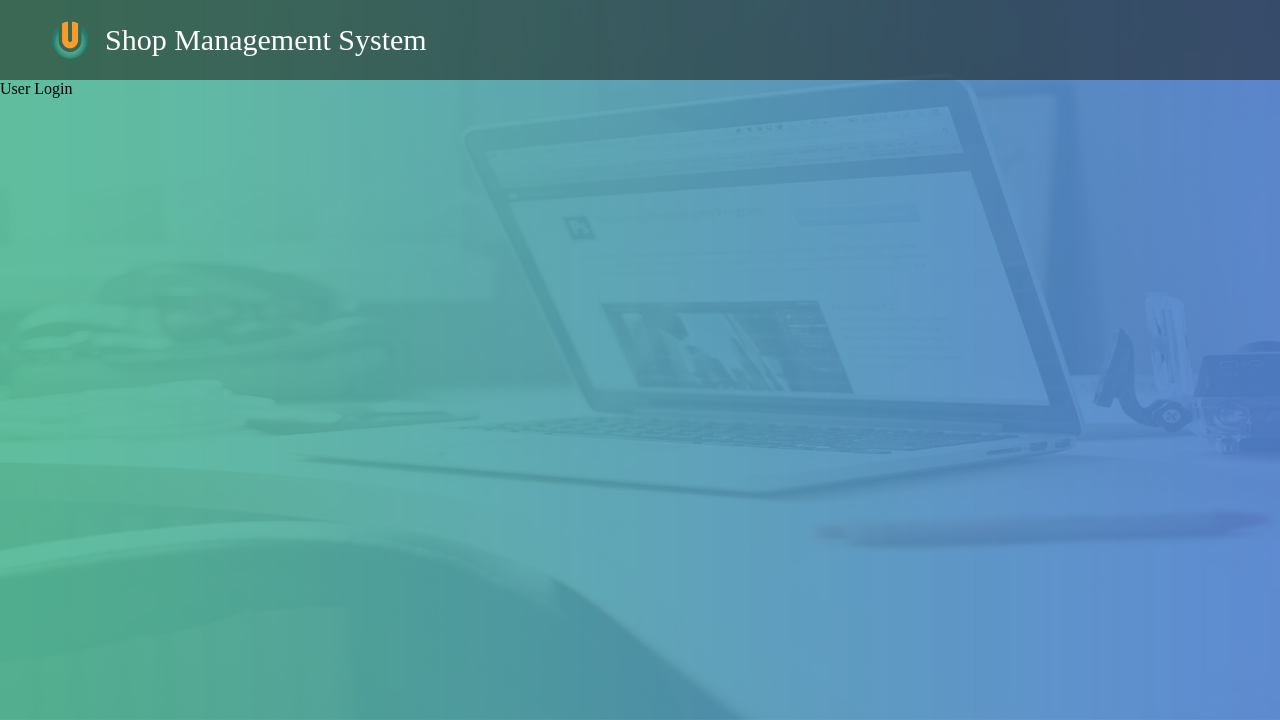
Repository: wenxi0504/storesystem
Page: /login
An editor plug-in stored every save of this project. The page is shown before and after the next save, followed by the edit.
The browser window is 1280 px wide. The pictures show the whole page.
The project was rebuilt for these pictures with package versions that can differ from the ones it lists, and the page was loaded fresh each time. Also part of the build but not shown: src/pages/admin/admin.jsx.

Above is the page before, as saved 2022-03-16 22:42:46.

After the next save:
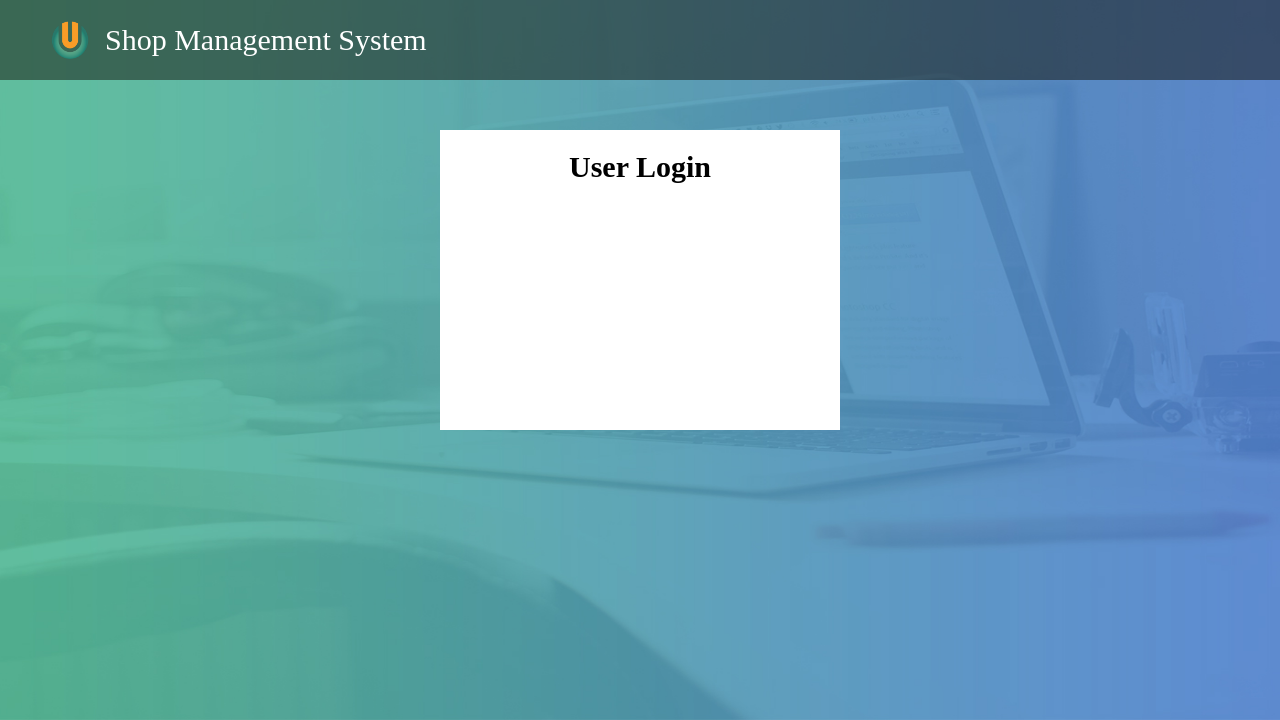
Saved 114 s later.
--- a/src/pages/login/login.css
+++ b/src/pages/login/login.css
@@ -23,3 +23,18 @@
     color: white;
     margin: 0 0 0 15px;
 }
+
+.login-content{
+    margin: 50px auto;
+    width: 400px;
+    height: 300px;
+    background-color: #fff;
+    padding: 20px 40px;
+}
+
+.login-content h3{
+    font-size: 30px;
+    font-weight: bold;
+    text-align: center;
+    margin-bottom: 20px;
+}
